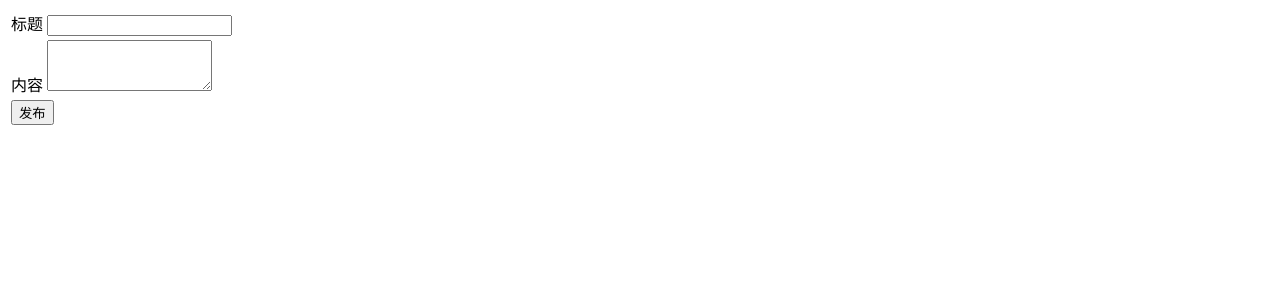
Repository: wyubb/Java
Page: http://localhost/Chapter3/addinformation.jsp
An editor plug-in stored every save of this project. The page is shown before and after the next save, followed by the edit.
The browser window is 1280 px wide. The pictures show the whole page.
The page is served by Tomcat 9. Other server files are loaded and not shown. Queries for data that is not in the repository find no rows.

Above is the page before, as saved 2019-04-04 07:42:38.

### Chapter3/WebContent/addinformation.jsp
<%@ page language="java" contentType="text/html; charset=gbk"%>
<%@page import="java.util.*,domain.*,service.imp.*"%>
    <%
String path = request.getContextPath();
String basePath = request.getScheme()+"://"+request.getServerName()+":"+request.getServerPort()+path+"/";
%>

<!DOCTYPE HTML PUBLIC "-//W3C//DTD HTML 4.01 Transitional//EN">
<html>
  <head>
    <base href="<%=basePath%>">

    <title>发布信息</title>

	<meta http-equiv="pragma" content="no-cache">
	<meta http-equiv="cache-control" content="no-cache">
	<meta http-equiv="expires" content="0">
	<meta http-equiv="keywords" content="keyword1,keyword2,keyword3">
	<meta http-equiv="description" content="This is my page">

  </head>

  <body>
  <jsp:useBean id="infoService" class="service.imp.InfoService" scope="session"></jsp:useBean>
<%
    //调用业务逻辑层方法，获取所有信息列表
	List<Information> list = infoService.getAllInfo();
%>
   <form action="Process_addinformation.jsp" method="post">
	<table>
		<tr>
			<td>
				<label>标题</label>
				<input type="text" name="title"/>
			</td>
		</tr>
		<tr>
			<td>
				<label>内容</label>
				<textarea rows="3" cols="18" name="content"></textarea>
			</td>
		</tr>

		<tr>
			<td>
				<input type="submit" value="发布"/>
			</td>
		</tr>
	</table>
</form>

  </body>
</html>

### Chapter3/src/service/IInfoService.java
package service;

import java.util.List;
import domain.Information;

/**
 * Information对应的业务逻辑接口，提供一些与信息相关的业务逻辑操作的公开的方法声明
 */
public interface IInfoService {

	//添加一条发布信息到数据库
	public void addInfo(Information information);

	//获取所有信息列表
	public List<Information> getAllInfo();
}

### Chapter3/src/service/imp/InfoService.java
package service.imp;

import java.util.List;
import dao.IInfoDAO;
import dao.imp.InfoDAO;
import domain.Information;
import service.IInfoService;

/**
 * Information잚뚤壇돨撚蛟쭉서잚 瓊묩撚蛟쭉서꾸鱗
 */
public class InfoService implements IInfoService {
	/**
	 * 땍屢IInfoDAO잚謹돨橄昑，鹿茄君InfoService뵨IInfoDAO茄君잚裂쇌돨葵鱗
	 */
	private IInfoDAO infoDAO=new InfoDAO();

	/**
	 * 칵훰뭐芚변鑒
	 */
	public InfoService() {

	}

	/**
	 * 鞏鑒앴욋櫓警속斤口
	 */

	public void addInfo(Information information) {
		// 흔벎斤口槨왕，橙럿쀼，轟矜警속
	if (information.getTitle() == null)
	     return;
		// 斤口ID꼇槨왕，綱츠맡斤口瞳鑒앴욋櫓綠닸瞳，꼇壇맡角警속랍壇맡角뫘劤
		// 鞏鑒앴욋櫓警속斤口
		infoDAO.addInfo(information);
	}

	/**
	 * 삿돤鑒앴욋櫓杰唐斤口，럿쀼List<Information>잚謹
	 */
	public List<Information> getAllInfo() {
		return infoDAO.getAllInfo();
	}

}

### Chapter3/src/dao/IInfoDAO.java
package dao;

import java.util.List;

import domain.Information;

/**
 * Information类对应的DAO接口，提供一些与信息相关的数据库增删查改操作的公开的方法声明
 * @author Administrator
 *
 */
public interface IInfoDAO {
	//该方法实现添加一条信息到数据库中
	public void addInfo(Information information);
	//该方法获取所有信息列表
	public List<Information> getAllInfo();
}

### Chapter3/src/dao/imp/InfoDAO.java
package dao.imp;

import java.sql.ResultSet;
import java.sql.SQLException;
import java.text.SimpleDateFormat;
import java.util.ArrayList;
import java.util.List;

import dao.IInfoDAO;
import domain.*;

/**
 * Information类对应的DAO
 */
public class InfoDAO  implements IInfoDAO {
	/**
	 * 默认构造函数
	 */
	public InfoDAO() {

	}

	/**
	 * 往数据库中添加信息
	 */
	public void addInfo(Information information) {

		//初始化数据库访问类
		DatabaseDAO myDB = new DatabaseDAO();
		//构造SQL语句
		String sql = "insert into information"+
"(Title,Content,Publishinguser) values('"
		+information.getTitle()+"','"+information.getContent()+"','"+information.getPublishiuser()+"')";

		System.out.println("sql语句  "+sql);
		try
		{
			//执行SQL语句
			myDB.executeSQL(sql);
		}
		//处理SQL语句执行过程中可能产生的异常
		catch(SQLException sqlEx)
		{
			sqlEx.printStackTrace();
		}
		catch(ClassNotFoundException cnfEx)
		{
			cnfEx.printStackTrace();
		}
	}

	/**
	 * 从数据库中获得所有信息
	 */
	public List<Information> getAllInfo() {

		//初始化sql查询语句
		String sql = "select * from information";
		//调用相关方法，并返回查询结果
		return getInfoBySqlString(sql);
	}



	/**
	 * 该方法通过执行一条查询的SQL语句来获取查询结果，并把查询结果封装成信息列表返
	 *
	 * @param sql
	 * @return
	 */
	public List<Information> getInfoBySqlString(String sql){
		//初始化数据库访问类
		DatabaseDAO myDB = new DatabaseDAO();
		//定义信息列表，预备返回对象
		List<Information> list = new ArrayList<Information>();
		try{
			//执行sql查询语句，并获取查询结果集
			ResultSet mySet = myDB.getResultSet(sql);
			while(mySet.next())
			{
				//定义信息类对象，用来封装查询数据
				Information information = new Information();
				//设置信息类对象的Id字段值
				information.setId(mySet.getInt("Id"));
				//设置信息类对象的标题字段值
				information.setTitle(mySet.getString("Title"));
				//设置信息类对象的信息内容字段值
				information.setContent(mySet.getString("Content"));
				//设置信息类对象的发布时间字段值

				information.setPublishingtime(mySet.getString("PublishingTime"));
				//定义一个用户类对象，该对象用来为信息类对象的用户字段赋值

				//设置信息类对象的用户字段值
				information.setPublishiuser(mySet.getString("PublishingUser"));

				//把信息类对象加入返回数据集中
				list.add(information);
			}
		}
		//处理异常
		catch(ClassNotFoundException cnfEx)
		{
			cnfEx.printStackTrace();
		}
		catch(SQLException sqlEx)
		{
			sqlEx.printStackTrace();
		}
		finally
		{
			try
			{
				//释放数据库操作类的数据库连接对象
				myDB.releaseConnection();
			}
			catch(SQLException sqlEx)
			{
				sqlEx.printStackTrace();
			}
		}
		//返回结果
		return list;
	}
}

### Chapter3/src/dao/IDatabaseDAO.java
package dao;

import java.sql.Connection;
import java.sql.ResultSet;
import java.sql.SQLException;

public interface IDatabaseDAO {
	public Connection getConnection();
	 public void releaseConnection() throws SQLException;
	 public ResultSet getResultSet(String querySQL) throws SQLException, ClassNotFoundException;
	 public void executeSQL(String SQL) throws SQLException, ClassNotFoundException;
}

### Chapter3/src/dao/imp/DatabaseDAO.java
package dao.imp;

import java.sql.Connection;
import java.sql.DriverManager;
import java.sql.ResultSet;
import java.sql.SQLException;
import java.sql.Statement;

import dao.IDatabaseDAO;

public class DatabaseDAO implements IDatabaseDAO {
	 private Connection conn = null;
     /**
     * 获取数据库连接对象
     * @return 数据库连接对象
     * @throws ClassNotFoundException
     * @throws SQLException
     */
	 public Connection getConnection()  {
		 Connection conn = null;
         //加载数据库驱动

			try{
				Class.forName("com.mysql.jdbc.Driver");
				conn = DriverManager.getConnection("jdbc:mysql://localhost/community", "root", "123456");
			  	}catch(Exception e){
				e.printStackTrace();
			}

			  	System.out.println("数据库连接成功！");
			return conn;
	}
     /**
	  * 关闭类中的连接对象
	  * @throws SQLException
	  */
	 public void releaseConnection()
			throws SQLException {
		this.conn.close();
		this.conn = null;
	}
	/**
	 * 执行一个SQL查询语句，并返回查询的结果集
	 * @param SQL查询语句
	 * @return 数据库查询结果集
	 * @throws SQLException
	 * @throws ClassNotFoundException
	 */
	public ResultSet getResultSet(String querySQL) throws SQLException, ClassNotFoundException
	{
		System.out.println("sql语句:"+querySQL);
		if(conn == null)
		{
			this.conn = getConnection();
		}
		Statement stm = conn.createStatement();

        //执行SQL查询语句并返回查询结果集
		ResultSet thisRST = stm.executeQuery(querySQL);
		return thisRST;
	}
    /**
	 * 直接执行一条对数据库修改（包括增删改）的SQL语句
	 * @param SQL语句
	 * @throws SQLException
	 * @throws ClassNotFoundException
	 */
	public void executeSQL(String SQL) throws SQLException,
 ClassNotFoundException
	{
		if(conn == null)
		{
			this.conn = getConnection();
		}
		Statement stm = conn.createStatement();

		//执行给定的SQL语句
		stm.executeUpdate(SQL);

        //关闭连接对象
		this.conn.close();
		this.conn = null;
	}

}

After the next save:
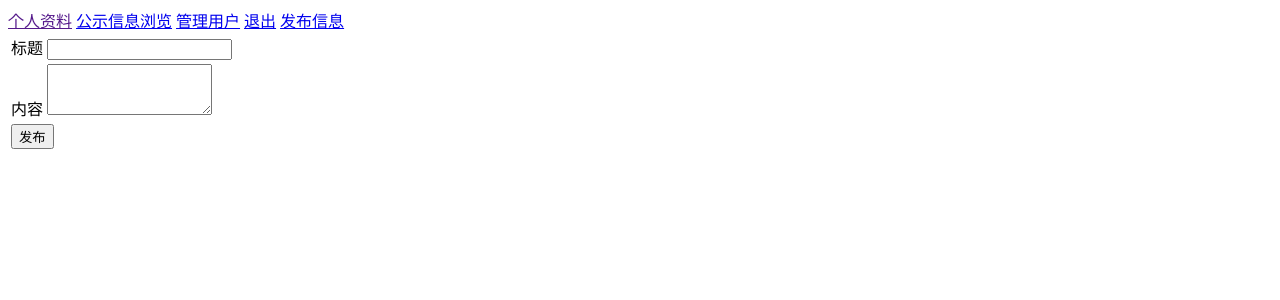
Saved 74 s later.
--- a/Chapter3/WebContent/addinformation.jsp
+++ b/Chapter3/WebContent/addinformation.jsp
@@ -26,6 +26,13 @@ String basePath = request.getScheme()+"://"+request.getServerName()+":"+request.
     //调用业务逻辑层方法，获取所有信息列表
 	List<Information> list = infoService.getAllInfo();
 %>
+<div id="menu">
+				<a href =	 "">个人资料</a>
+				<a href = "main.jsp">公示信息浏览</a>
+				<a href = "register.jsp">管理用户</a>
+				<a href = "login.jsp">退出</a>
+				<a href = "addinformation.jsp">发布信息</a>
+		</div>
    <form action="Process_addinformation.jsp" method="post">
 	<table>
 		<tr>
